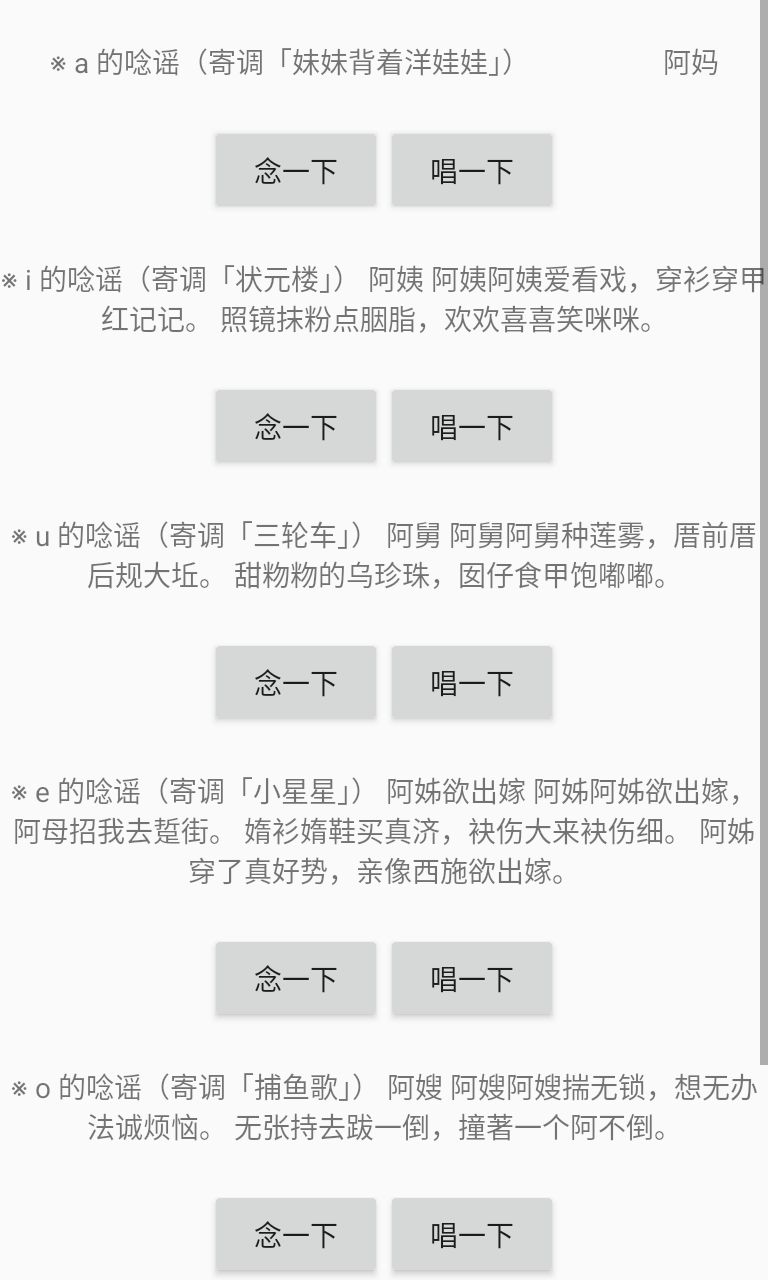
Repository: DIRONY/MinXue
Layout: MinXue/res/layout/fragment_nianyao.xml
The author's editor kept a copy of each file at every save. The layout is drawn from the files as they stood at one save, then again after the next save.
It is drawn on a 768 x 1280 px phone screen (xhdpi) without system bars, with theme AppTheme; the app's code is not run.

Above is the layout before, as saved 2014-12-03 06:33:06.

After the next save:
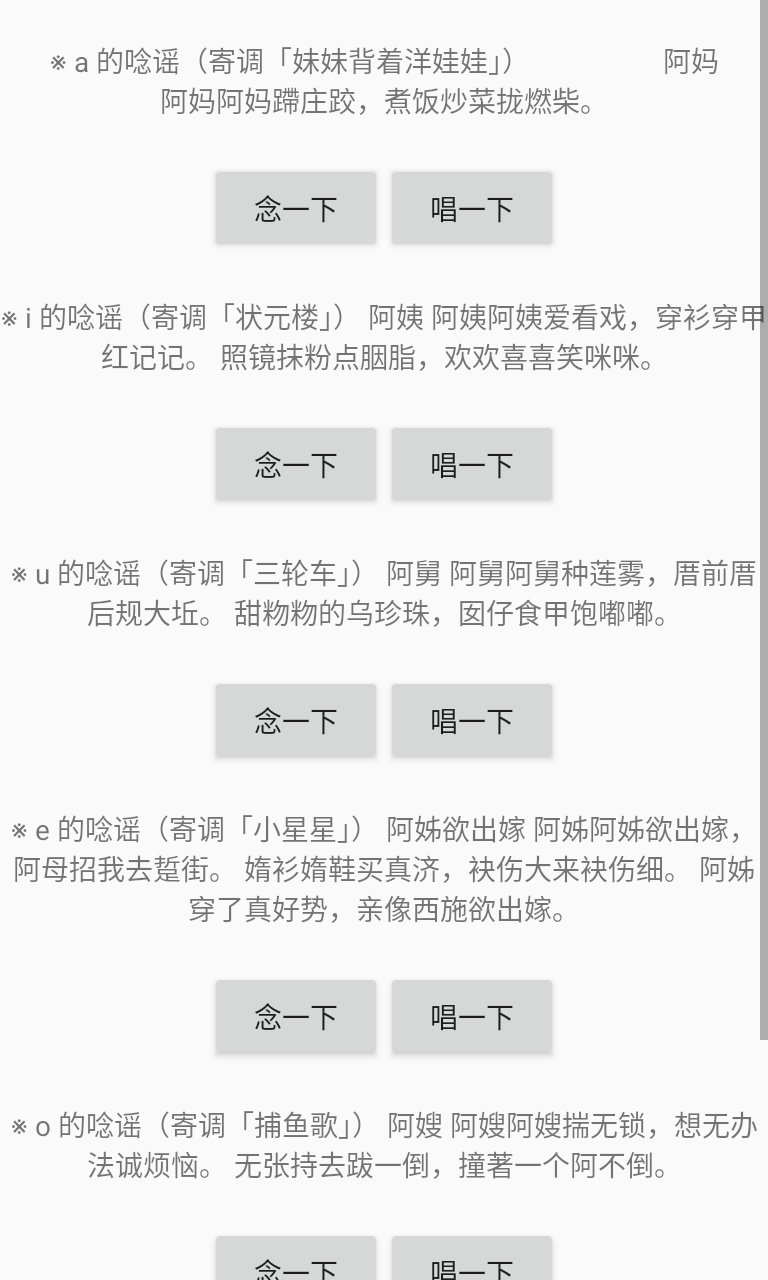
Saved 74 s later.
--- a/MinXue/res/layout/fragment_nianyao.xml
+++ b/MinXue/res/layout/fragment_nianyao.xml
@@ -15,7 +15,8 @@
             android:layout_marginTop="20dp"
             android:gravity="center"
             android:text="※ a 的唸谣（寄调「妹妹背着洋娃娃」）
-                  阿妈"/>
+                  阿妈
+                  阿妈阿妈蹛庄跤，煮饭炒菜拢燃柴。"/>
 
         <LinearLayout
             android:layout_width="wrap_content"
